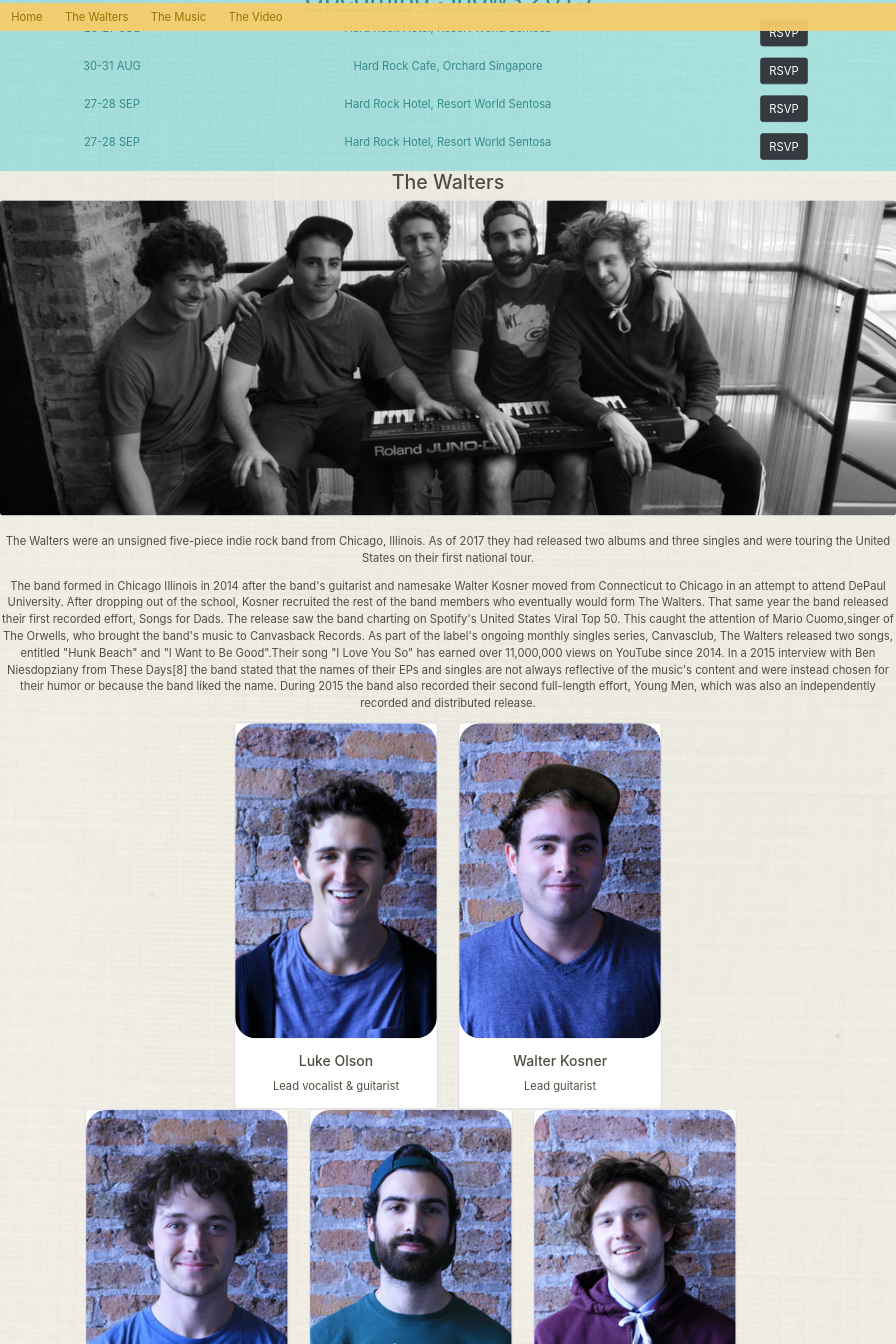
Repository: yucheng91/CIassignment1
Page: index.html
The author's editor kept a record of every edit. The page is drawn from the files as they stood at one moment, then again after the next edit.
The browser window is 1280 px wide. The pictures show the part of the page from y = 675 to 2595 px (the page is 4025 px tall before and 4039 px after), at 70% of full size.

Above is the page before.

After the next edit:
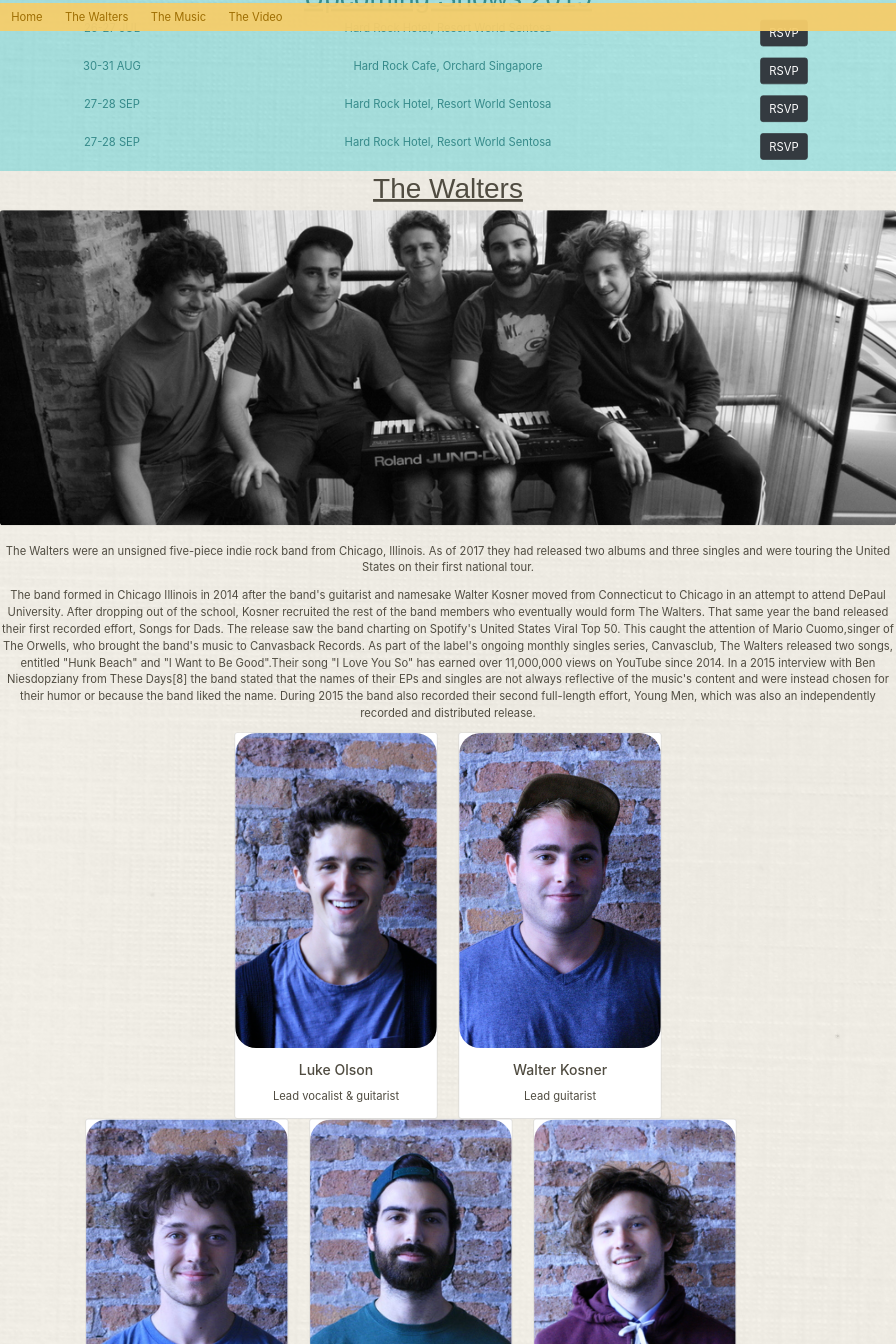
The edit:
--- a/index.html
+++ b/index.html
@@ -112,7 +112,7 @@
   <section id="themembers">
     <div class="members">
       <a name="TheWalters" />
-      <h3>The Walters</h3>
+      <h1>The Walters</h1>
       <img src="images/groupphoto.jpeg" class="img-fluid rounded" alt="Responsive image">
       <br><br>
       <p>The Walters were an unsigned five-piece indie rock band from Chicago, Illinois. As of 2017 they had released two albums and three singles and were touring the United States on their first national tour.</p>
